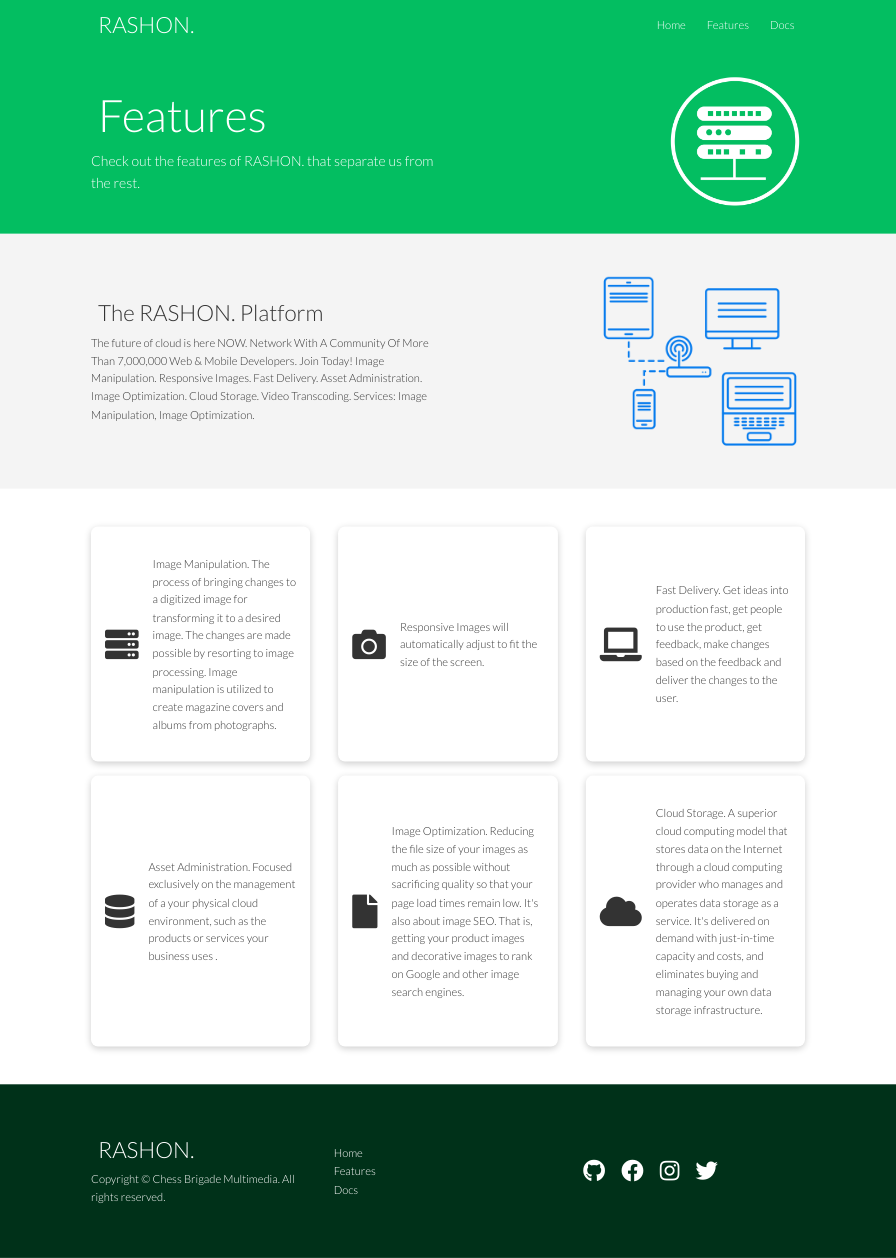
Repository: Skilis/website-modern
Page: features.html
An editor plug-in stored every save of this project. The page is shown before and after the next save, followed by the edit.
The browser window is 1280 px wide. The pictures show the whole page, at 70% of full size.

Above is the page before, as saved 2020-10-23 17:42:48.

After the next save:
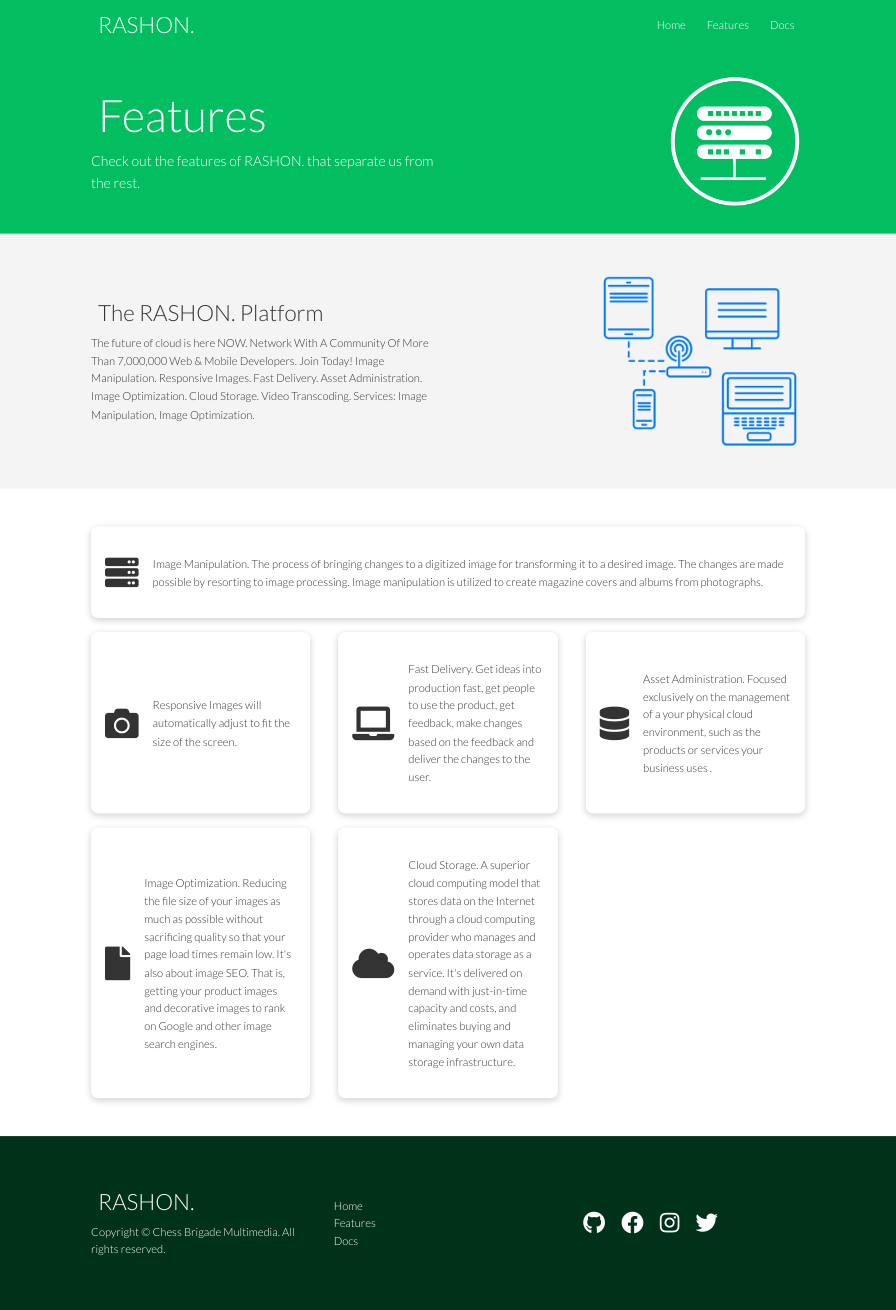
Saved 42 s later.
--- a/css/style.css
+++ b/css/style.css
@@ -212,8 +212,8 @@ img {
   padding: 30px;
 }
 
-.features-main .grid {
-  padding: 30px;
+.features-main .grid>*:first-child {
+  grid-column: 1 / span 3;
 }
 
 /* Footer */
